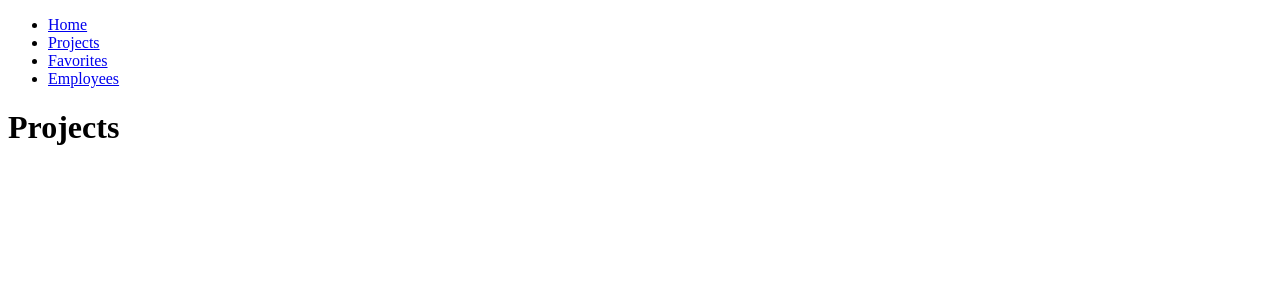
Repository: Kayla-amr/workApp
Page: client/projects.html
An editor plug-in stored every save of this project. The page is shown before and after the next save, followed by the edit.
The browser window is 1280 px wide. The pictures show the whole page.
The page's requests for data from a server got no answer.

Above is the page before, as saved 2023-12-08 16:36:52.
Console error: TypeError: Cannot read properties of null (reading 'addEventListener')

After the next save:
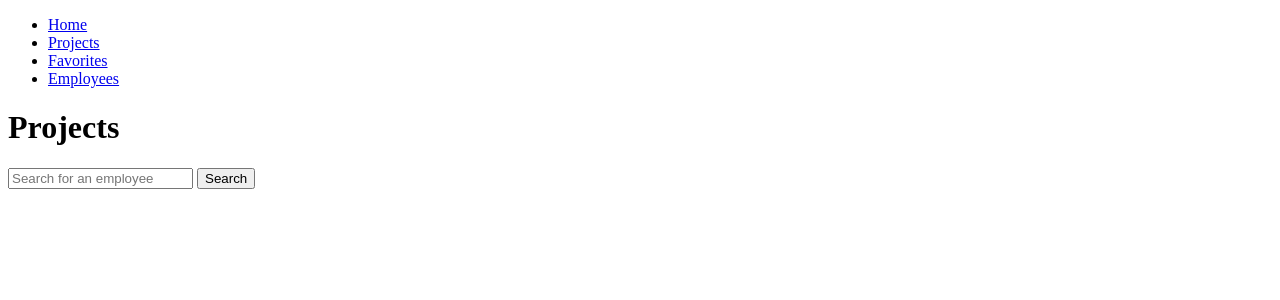
Saved 13 s later.
--- a/client/projects.html
+++ b/client/projects.html
@@ -18,7 +18,11 @@
     <div id="app">
         <h1>Projects</h1>
 
-        <div
+        <div class="search">
+            <input class="searchEmployee" type="text" placeholder="Search for an employee">
+            <button class="searchEBtn">Search</button>
+        </div>
+
         <div class="projects"></div>
 
 </body>
